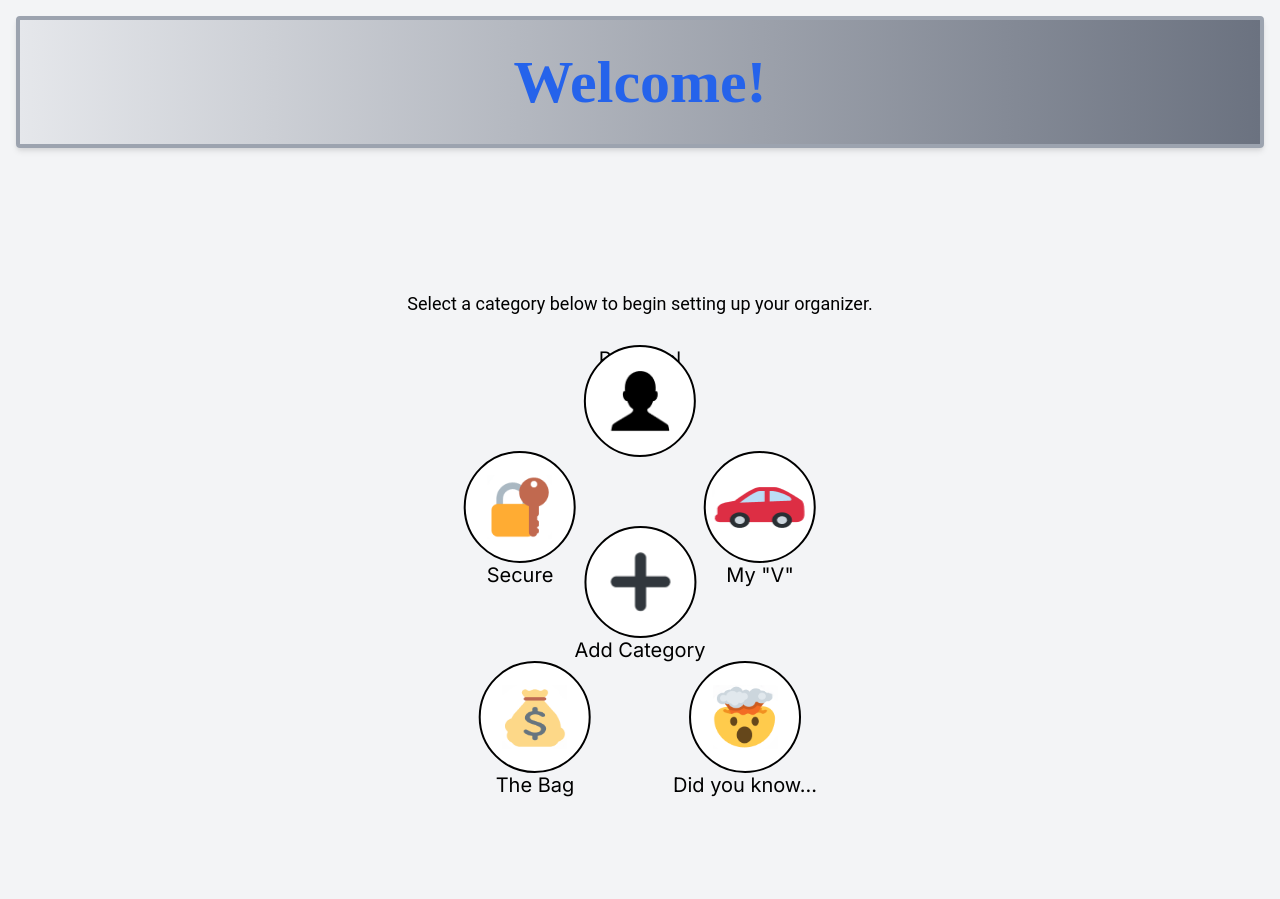
Repository: MercyB19/Russaw_Mercy_Adulting-101_Capstone
Page: page2.html
The author's editor kept a copy of each file at every save. The page is drawn from the files as they stood at one save, then again after the next save.
The browser window is 1280 px wide. The pictures show the whole page.
Some web fonts or font styles are not loaded; a fallback is used.

Above is the page before, as saved 2024-07-23 07:39:00.

### page2.html
<!DOCTYPE html>
<html lang="en">

<head>
  <meta charset="UTF-8">
  <meta name="viewport" content="width=device-width, initial-scale=1.0">
  <title>YAY Adulting</title>
  <link href="https://cdn.jsdelivr.net/npm/tailwindcss@2.2.19/dist/tailwind.min.css" rel="stylesheet">
  <link rel="stylesheet" href="https://fonts.googleapis.com/css2?family=Balsamiq+Sans:wght@400;700&display=swap">
  <link rel="stylesheet" href="https://fonts.googleapis.com/css2?family=Inter:wght@400;500;600&display=swap">
  <style>
    .pentagon-layout { /*creates a more rounded layout*/
      position: relative;
      width: 300px;
      height: 300px;
      margin: 0 auto;
    }

    .pentagon-layout div {
      position: absolute;
      text-align: center;
    }

    .personal {
      top: -35%;
      left: 50%;
      transform: translateX(-50%);
    }

    .secure {
      top: 40%;
      left: 10%;
      transform: translate(-50%, -50%);
    }

    .add-category {
      top: 65%;
      left: 50%;
      transform: translate(-50%, -50%);
    }

    .my-v {
      top: 40%;
      right: 10%;
      transform: translate(50%, -50%);
    }

    .the-bag {
      bottom: -10%;
      left: 15%;
      transform: translate(-50%, 50%);
    }

    .did-you-know {
      bottom: -10%;
      right: 15%;
      transform: translate(50%, 50%);
    }

    .icon-title {
      margin-top: 110px;
      margin-bottom: 100px; /* Adjust as necessary to position text below icons */
    }
  </style>
</head>

<body class="bg-gray-100 flex flex-col items-center justify-center min-h-screen">
  <div class="container mx-auto p-4 flex flex-col items-center">
    <header class="w-full p-8 bg-gradient-to-r from-gray-200 to-gray-500 border-4 border-gray-400 flex flex-col items-center rounded shadow-md mb-8">
      <h1 class="text-6xl font-bold text-blue-600" style="font-family: 'Balsamiq Sans', cursive;">Welcome!</h1>
    </header>
    <div class="text-center mb-8">
      <p class="icon-title text-lg" style="font-family: 'Roboto', sans-serif;">Select a category below to begin setting up your organizer.</p>
    </div>
    <div class="pentagon-layout">
      <div class="personal flex flex-col items-center">
        <div class="w-28 h-28 flex justify-center items-center bg-white border-2 border-black rounded-full mb-2">
          <img src="Images/Person_personal_img.png" alt="Personal" class="w-16 h-16">
        </div>
        <p class="text-xl" style="font-family: 'Inter', sans-serif;">Personal</p>
      </div>
      <div class="secure flex flex-col items-center">
        <div class="w-28 h-28 flex justify-center items-center bg-white border-2 border-black rounded-full mb-2">
          <img src="Images/Secure_icon_img.png" alt="Secure" class="w-16 h-16">
        </div>
        <p class="icon-title text-xl" style="font-family: 'Inter', sans-serif;">Secure</p>
      </div>
      <div class="add-category flex flex-col items-center">
        <div class="w-28 h-28 flex justify-center items-center bg-white border-2 border-black rounded-full mb-2">
          <img src="Images/Add_new_img.png" alt="Add Category" class="w-16 h-16">
        </div>
        <p class="icon-title text-xl" style="font-family: 'Inter', sans-serif;">Add Category</p>
      </div>
      <div class="my-v flex flex-col items-center">
        <div class="w-28 h-28 flex justify-center items-center bg-white border-2 border-black rounded-full mb-2">
          <img src="Images/My_V_img.png" alt="My V" class="w-15 h-15">
        </div>
        <p class="icon-title text-xl" style="font-family: 'Inter', sans-serif;">My "V"</p>
      </div>
      <div class="the-bag flex flex-col items-center">
        <div class="w-28 h-28 flex justify-center items-center bg-white border-2 border-black rounded-full mb-2">
          <img src="Images/The_bag_icon_img.png" alt="The Bag" class="w-16 h-16">
        </div>
        <p class="icon-title text-xl" style="font-family: 'Inter', sans-serif;">The Bag</p>
      </div>
      <div class="did-you-know flex flex-col items-center">
        <div class="w-28 h-28 flex justify-center items-center bg-white border-2 border-black rounded-full mb-2">
          <img src="Images/did_you_know_icon.png" alt="Did you know" class="w-16 h-16">
        </div>
        <p class="icon-title text-xl" style="font-family: 'Inter', sans-serif;">Did you know...</p>
      </div>
    </div>
  </div>
</body>

</html>

After the next save:
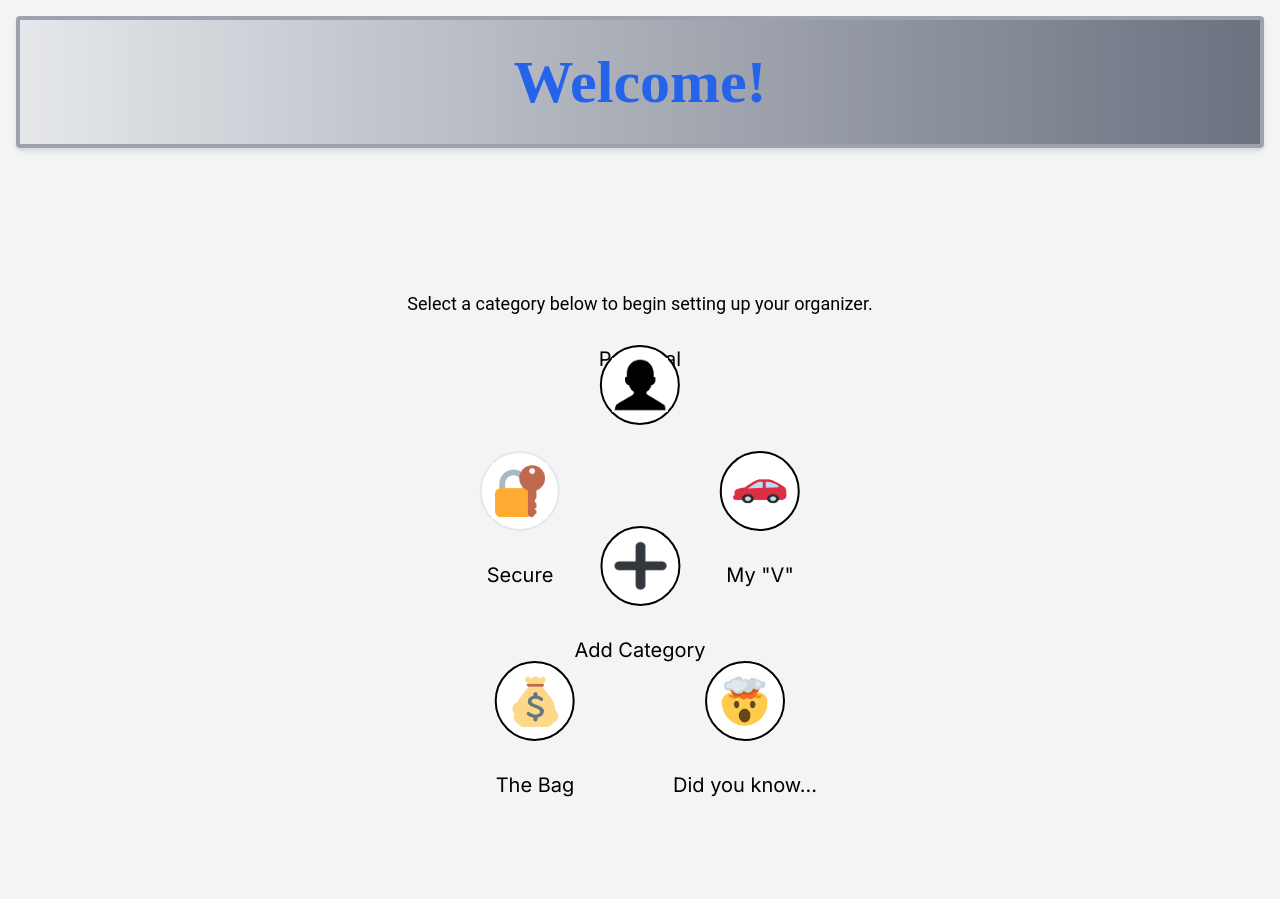
Saved 4 h 24 min later.
--- a/page2.html
+++ b/page2.html
@@ -74,38 +74,38 @@
     </div>
     <div class="pentagon-layout">
       <div class="personal flex flex-col items-center">
-        <div class="w-28 h-28 flex justify-center items-center bg-white border-2 border-black rounded-full mb-2">
-          <img src="Images/Person_personal_img.png" alt="Personal" class="w-16 h-16">
+        <div class="w-20 h-20  flex justify-center items-center bg-white border-2 border-black rounded-full mb-2">
+          <img src="Images/Person_personal_img.png" alt="Personal" class="w-14 h-13">
         </div>
         <p class="text-xl" style="font-family: 'Inter', sans-serif;">Personal</p>
       </div>
       <div class="secure flex flex-col items-center">
-        <div class="w-28 h-28 flex justify-center items-center bg-white border-2 border-black rounded-full mb-2">
-          <img src="Images/Secure_icon_img.png" alt="Secure" class="w-16 h-16">
+        <div class="w-20 h-20 flex justify-center items-center bg-white border-2 border0blac0 rounded-full mb-2">
+          <img src="Images/Secure_icon_img.png" alt="Secure" class="w-14 h-14">
         </div>
         <p class="icon-title text-xl" style="font-family: 'Inter', sans-serif;">Secure</p>
       </div>
       <div class="add-category flex flex-col items-center">
-        <div class="w-28 h-28 flex justify-center items-center bg-white border-2 border-black rounded-full mb-2">
-          <img src="Images/Add_new_img.png" alt="Add Category" class="w-16 h-16">
+        <div class="w-20 h-20 flex justify-center items-center bg-white border-2 border-black rounded-full mb-2">
+          <img src="Images/Add_new_img.png" alt="Add Category" class="w-14 h-13">
         </div>
         <p class="icon-title text-xl" style="font-family: 'Inter', sans-serif;">Add Category</p>
       </div>
       <div class="my-v flex flex-col items-center">
-        <div class="w-28 h-28 flex justify-center items-center bg-white border-2 border-black rounded-full mb-2">
-          <img src="Images/My_V_img.png" alt="My V" class="w-15 h-15">
+        <div class="w-20 h-20 flex justify-center items-center bg-white border-2 border-black rounded-full mb-2">
+          <img src="Images/My_V_img.png" alt="My V" class="w-14 h-15">
         </div>
         <p class="icon-title text-xl" style="font-family: 'Inter', sans-serif;">My "V"</p>
       </div>
       <div class="the-bag flex flex-col items-center">
-        <div class="w-28 h-28 flex justify-center items-center bg-white border-2 border-black rounded-full mb-2">
-          <img src="Images/The_bag_icon_img.png" alt="The Bag" class="w-16 h-16">
+        <div class="w-20 h-20 flex justify-center items-center bg-white border-2 border-black rounded-full mb-2">
+          <img src="Images/The_bag_icon_img.png" alt="The Bag" class="w-13 h-14">
         </div>
         <p class="icon-title text-xl" style="font-family: 'Inter', sans-serif;">The Bag</p>
       </div>
       <div class="did-you-know flex flex-col items-center">
-        <div class="w-28 h-28 flex justify-center items-center bg-white border-2 border-black rounded-full mb-2">
-          <img src="Images/did_you_know_icon.png" alt="Did you know" class="w-16 h-16">
+        <div class="w-20 h-20 flex justify-center items-center bg-white border-2 border-black rounded-full mb-2">
+          <img src="Images/did_you_know_icon.png" alt="Did you know" class="w-12 h-13">
         </div>
         <p class="icon-title text-xl" style="font-family: 'Inter', sans-serif;">Did you know...</p>
       </div>
